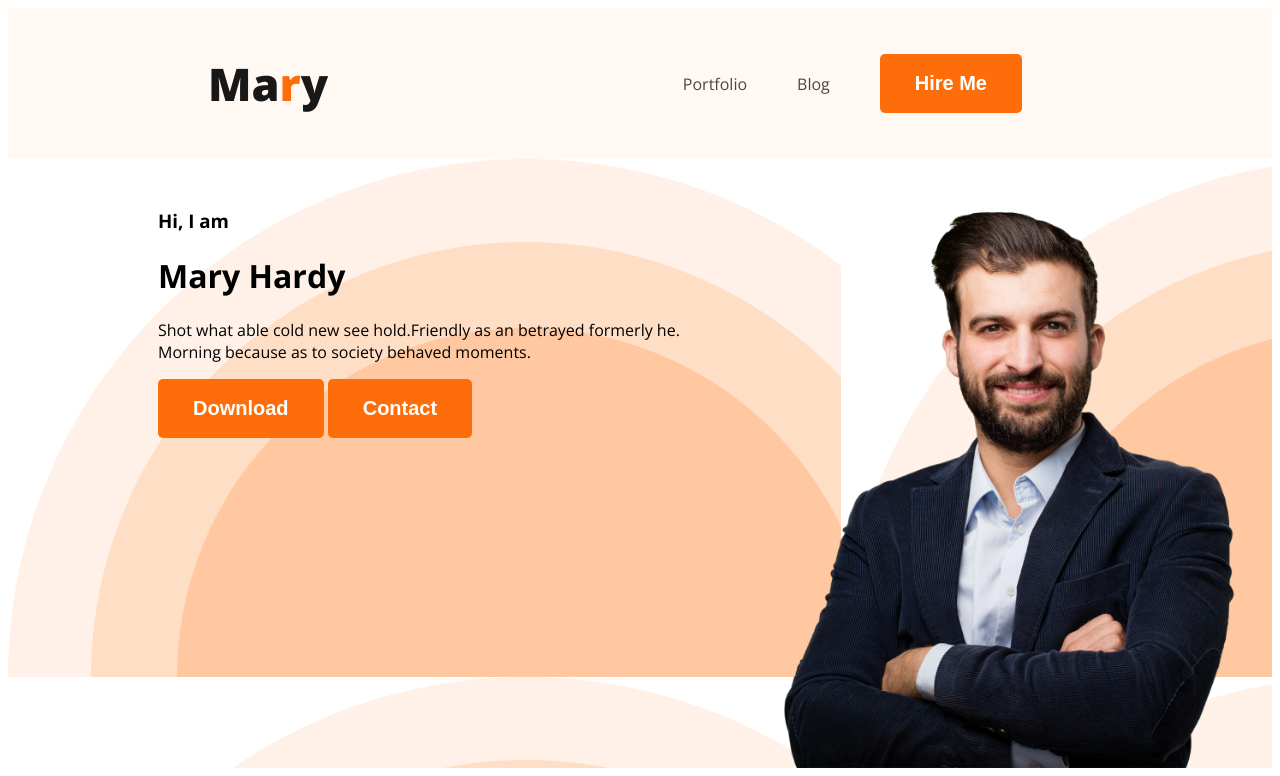
Repository: ShouravAhammed/Simple-Portfolio-Webpage
Page: index.html
The author's editor kept a copy of each file at every save. The page is drawn from the files as they stood at one save, then again after the next save.
The browser window is 1280 px wide. The pictures show the whole page.

Above is the page before, as saved 2024-01-06 00:39:06.

### index.html
<!DOCTYPE html>
<html lang="en">
<head>
    <meta charset="UTF-8">
    <meta name="viewport" content="width=device-width, initial-scale=1.0">
    <title>Mary</title>
    <link rel="stylesheet" href="index.css">
</head>
<body>
    <header class="header">
        <nav>
            <h3 class="nav-title">Ma<span class="text-primary">r</span>y</h3>
            <ul class="navber">
                <li><a href="">Portfolio</a></li>
                <li><a href="">Blog</a></li>
                <li><button class="btn-primary">Hire Me</button></li>
            </ul>
        </nav>
    </header>
    <div class="banner">
        <div class="banner-content">
            <h3 class="banner-greeting">Hi, I  am</h3>
            <h1 class="banner-title">Mary Hardy</h1>
            <p>Shot what able cold new see hold.Friendly as an betrayed formerly he. Morning because as to society behaved moments.</p>
            <button class="btn-primary">Download</button>
            <button class="btn-primary">Contact</button>
        </div>
        <img class="profile-pic" src="images/hardy.png" alt="profile-pic">
    </div>
    <main>

    </main>
    <footer>

    </footer>
</body>
</html>

### index.css
@import url('https://fonts.googleapis.com/css2?family=Lato:ital,wght@0,100;0,300;0,400;0,700;0,900;1,100;1,300;1,400;1,700;1,900&display=swap');
@import url('https://fonts.googleapis.com/css2?family=Open+Sans:ital,wght@0,300;0,400;0,500;0,600;0,700;0,800;1,300;1,400;1,500;1,600;1,700;1,800&display=swap');
/* google fonts import */
ul, ol{
    list-style: none;
}
body{
    font-family: 'Open Sans', sans-serif;
}
.text-primary{
    color: #FD6E0A;
}
.btn-primary{
    border-radius: 5px;
    color: #fff;
    background: #FD6E0A;
    font-size: 20px;
    font-weight: 700;
    padding: 18px 35px;
    border: 0;
}
/* header related style */
.header{
    background: #FFF8F3;
}
/* nav related style */
nav{
    display: flex;
    justify-content: space-between;
    align-items: center;
    margin: 0 200px;
}
.nav-title{
    color: #181818;
    font-size: 45px;
    font-weight: 800;
}
nav > ul{
    display: flex;
    align-items: center;
}
nav li{
    margin-right: 50px;
}
nav a{
    text-decoration: none;
    color: #474747;
}
.banner{
    background-image: url(images/header_bg.png);
    display: flex;
    padding: 30px 30px 0px 150px;
}
.banner .profile-pic{
    width: 500px;
}

After the next save:
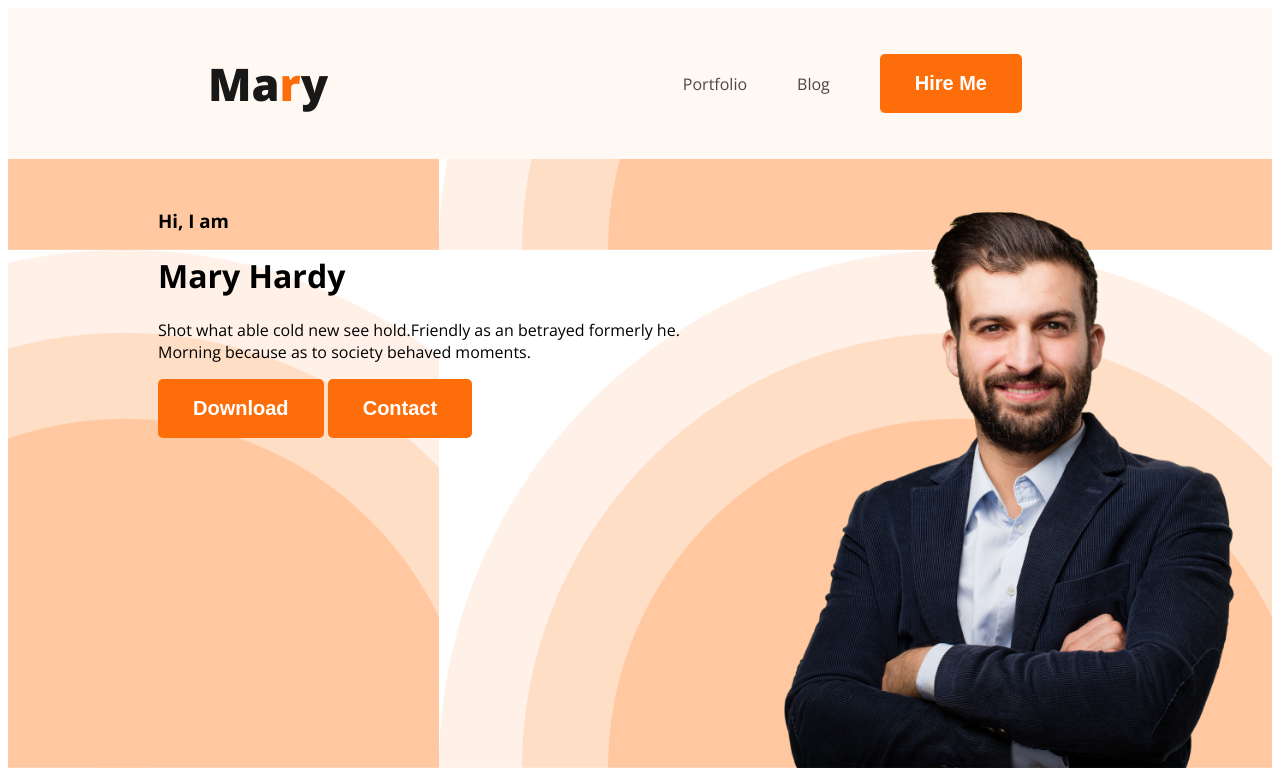
Saved 28 s later.
--- a/index.css
+++ b/index.css
@@ -48,6 +48,8 @@
 }
 .banner{
     background-image: url(images/header_bg.png);
+    background-position: bottom right;
+    background-size: ;
     display: flex;
     padding: 30px 30px 0px 150px;
 }
